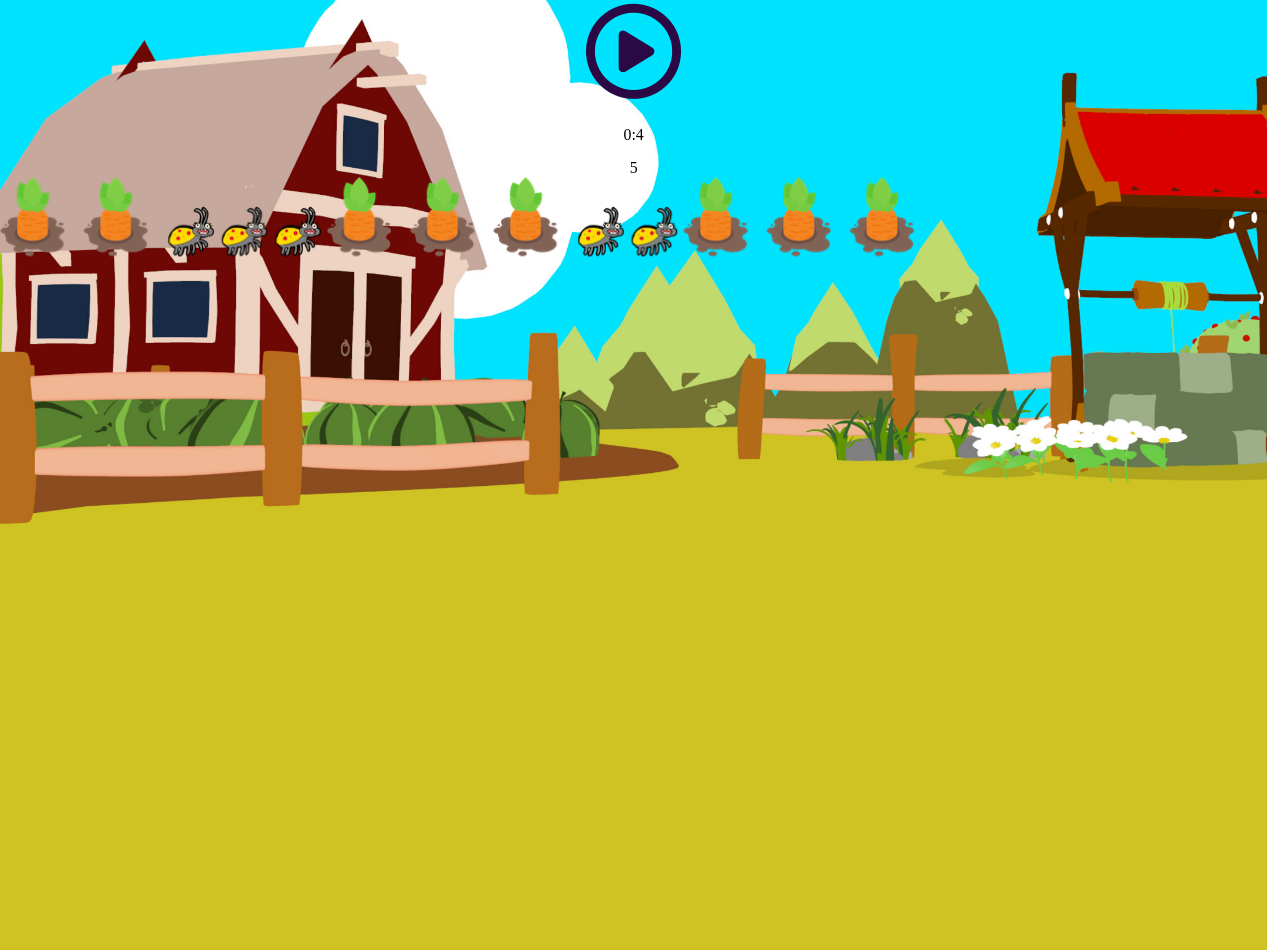
Repository: sephinejo/Mini-carrot-game
Page: index.html
An editor plug-in stored every save of this project. The page is shown before and after the next save, followed by the edit.
The browser window is 1280 px wide. The pictures show the whole page, at 99% of full size.
Some web libraries are served in a nearby version.

Above is the page before, as saved 2023-05-14 21:20:33.

After the next save:
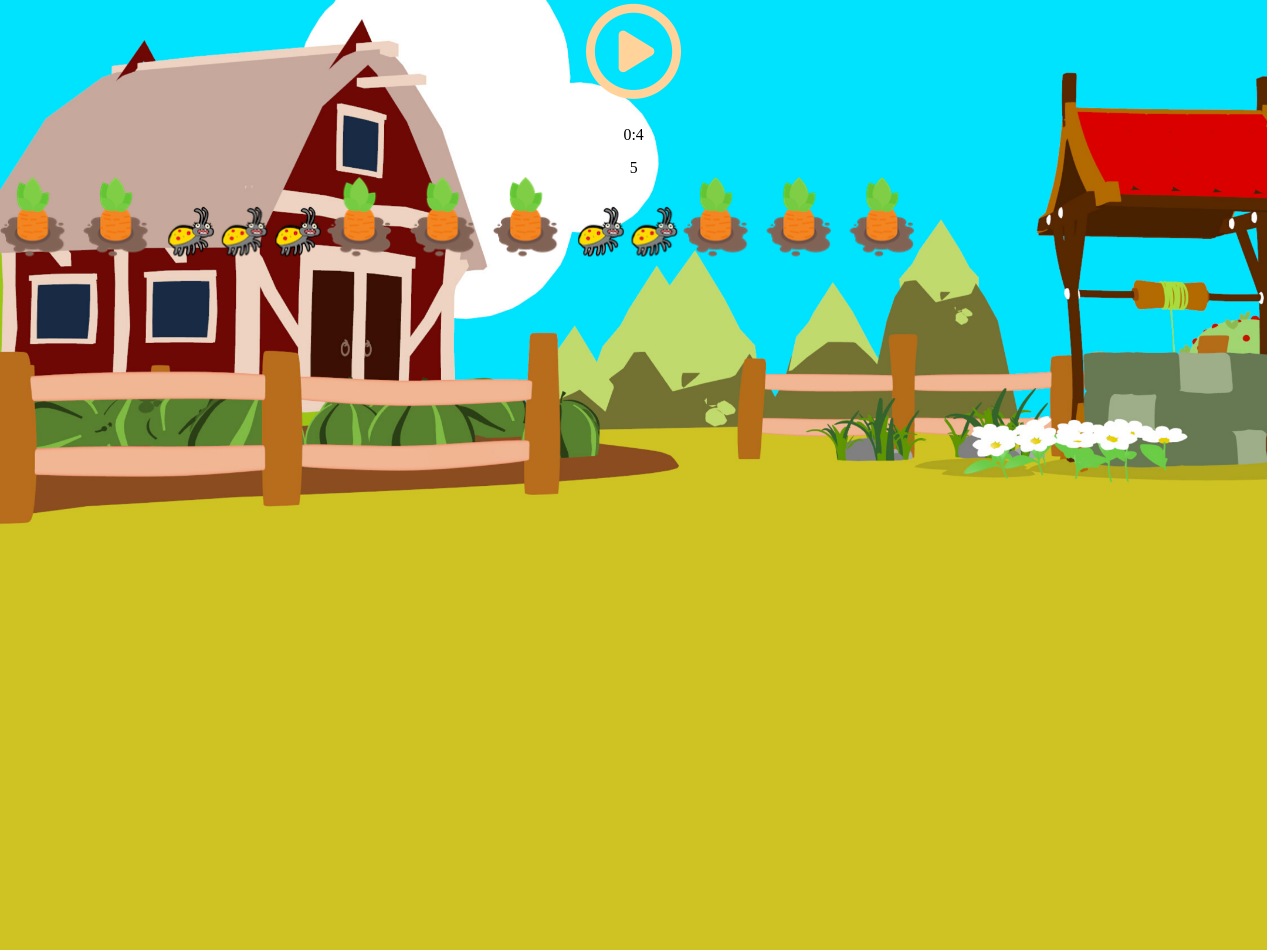
Saved 7 s later.
--- a/style.css
+++ b/style.css
@@ -18,7 +18,7 @@ body {
 
 .info__icon__play {
   font-size: 6rem;
-  color: #2a0944;
+  color: #ffd39a;
 }
 
 .info__timer {
